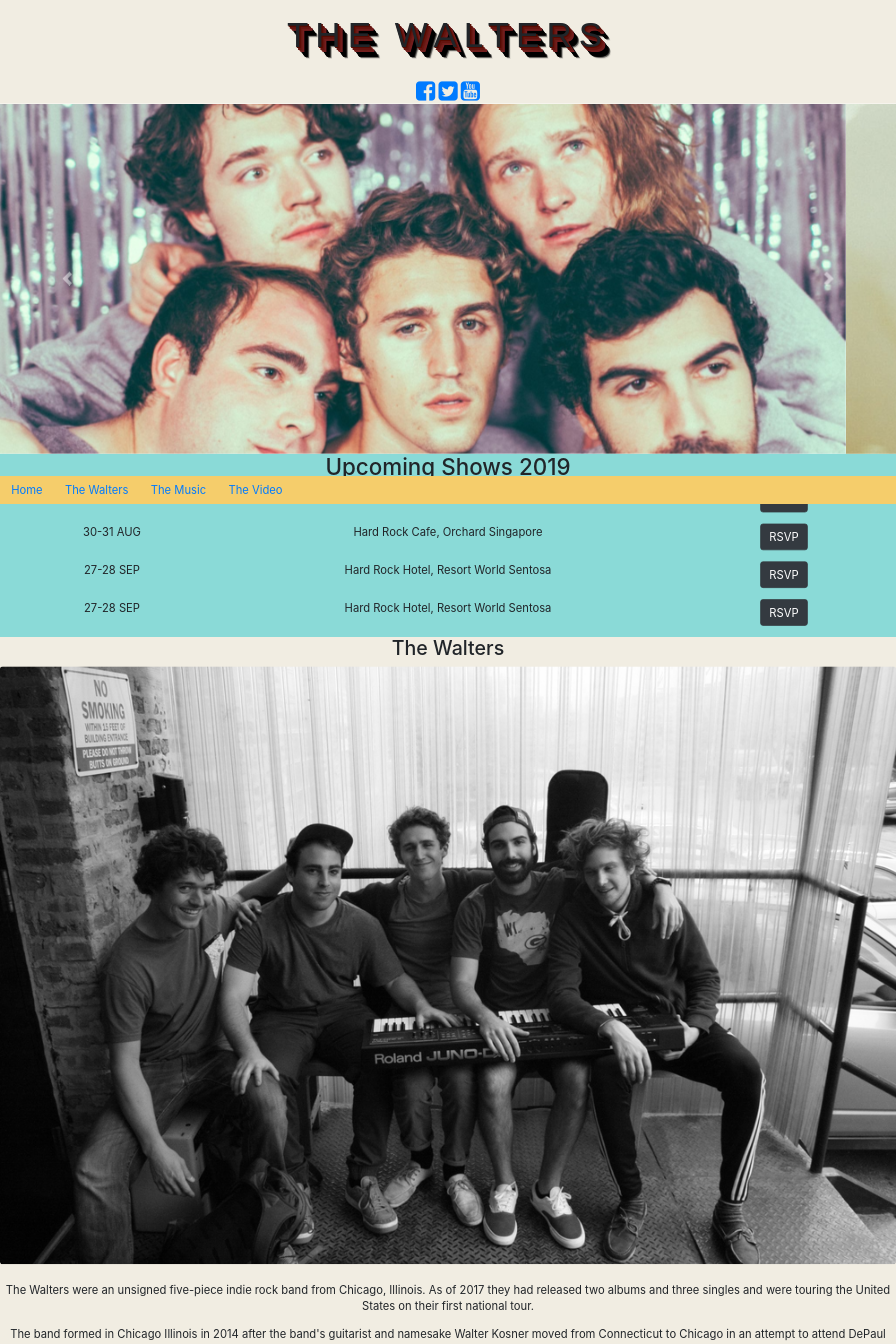
Repository: yucheng91/CIassignment1
Page: index.html
The author's editor kept a record of every edit. The page is drawn from the files as they stood at one moment, then again after the next edit.
The browser window is 1280 px wide. The pictures show the part of the page from y = 0 to 1920 px (the page is 4519 px tall), at 70% of full size.

Above is the page before.

After the next edit:
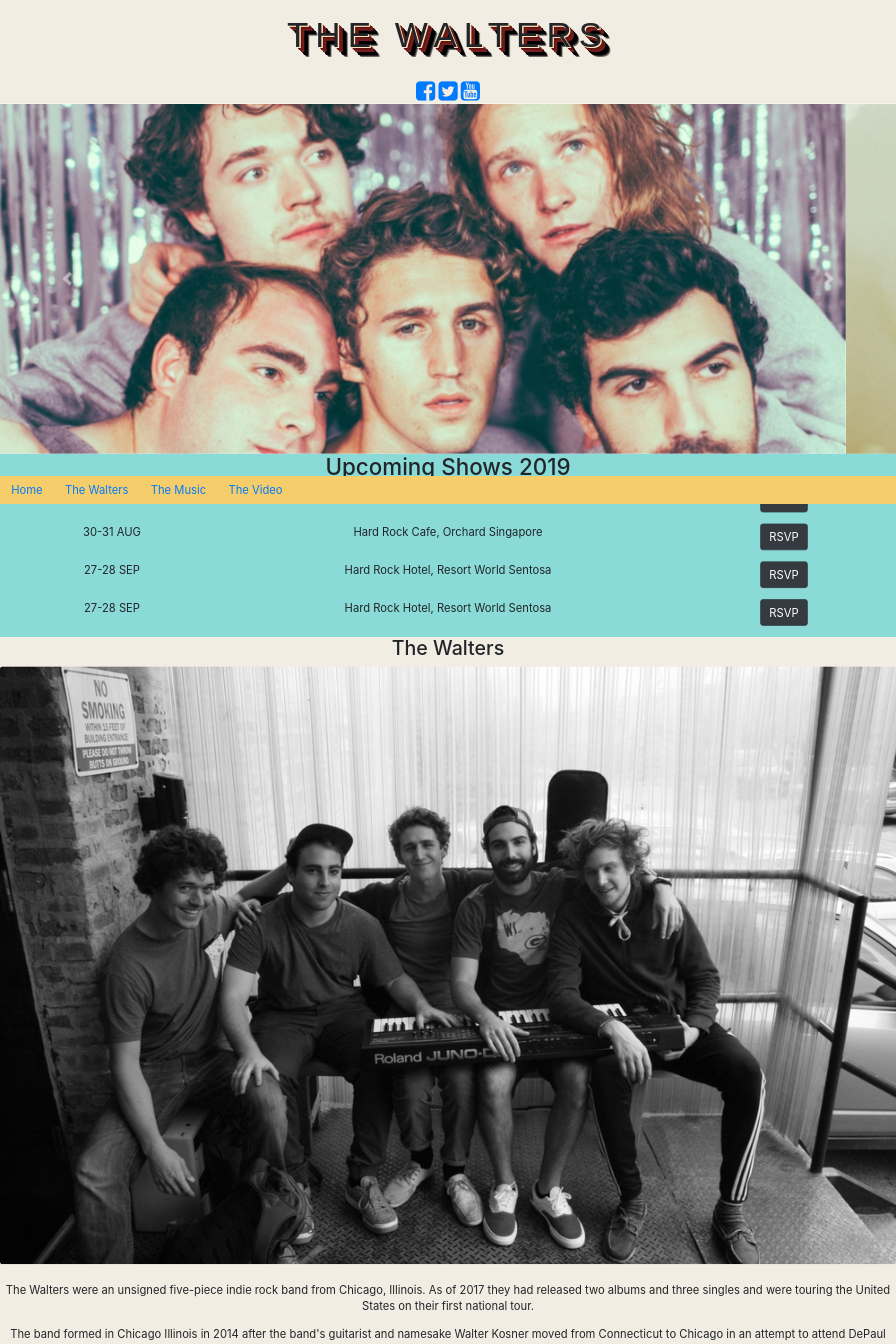
The edit:
--- a/newstyle.css
+++ b/newstyle.css
@@ -19,21 +19,21 @@
 
 .vintage__bot {
   text-shadow:
-    1px 1px rgb(85, 10, 0),
-    2px 2px rgb(90, 15, 5),
-    3px 4px rgb(100, 20, 15),
-    4px 5px rgb(105, 25, 20),
-    5px 6px rgb(110, 30, 25),
-    6px 7px rgb(115, 30, 30),
-    7px 8px rgb(120, 30, 35),
-    8px 9px black,
-    9px 10px black,
-    10px 11px black,
-    11px 13px black,
-    12px 14px rgba(0, 0, 0, 0.9),
-    13px 15px rgba(0, 0, 0, 0.7),
-    14px 16px rgba(0, 0, 0, 0.5),
-    15px 18px rgba(0, 0, 0, 0.1);
+    1px 1px rgb(255, 228, 193),
+    2px 2px rgb(255, 228, 193),
+    3px 3px rgb(100, 20, 15),
+    4px 4px rgb(105, 25, 20),
+    5px 5px rgb(110, 30, 25),
+    6px 6px rgb(115, 30, 30),
+    7px 7px rgb(120, 30, 35),
+    8px 8px black,
+    9px 9px black,
+    10px 10px black,
+    11px 11px black,
+    12px 12px rgba(0, 0, 0, 0.9),
+    13px 13px rgba(0, 0, 0, 0.7),
+    14px 14px rgba(0, 0, 0, 0.5),
+    15px 15px rgba(0, 0, 0, 0.1);
 
 }
 
